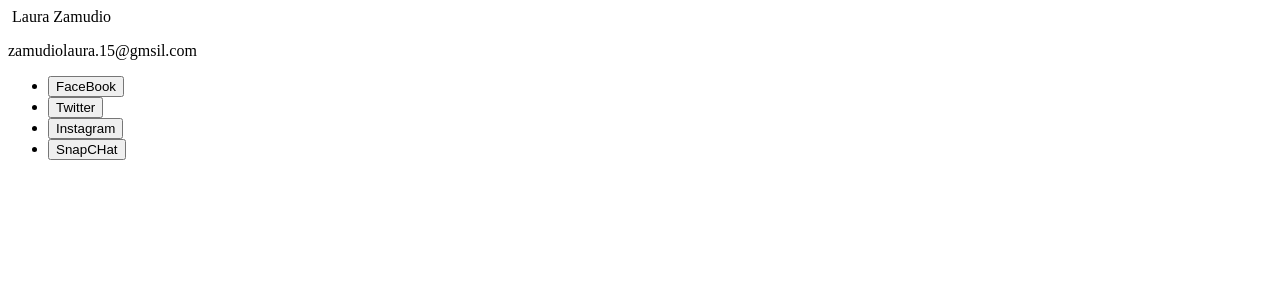
Repository: ZamlZam/LINK.
Page: index.html
These files come from the project's save history. The page is drawn as it stood at one moment and after a run of saves; the edit follows.
The browser window is 1280 px wide. The pictures show the whole page.

Above is the page before, as saved 2023-04-16 15:39:17.

### index.html
<!DOCTYPE html>
<html lang="en">
<head>
  <meta charset="UTF-8">
  <meta http-equiv="X-UA-Compatible" content="IE=edge">
  <meta name="viewport" content="width=device-width, initial-scale=1.0">
  <title>Link in bio</title>
  <link rel="stylesheet" href=""
</head>
<body>
  <img scr="https://1drv.ms/i/s!AlXy_YB1eS9B1Fmg78Lf7Jf24p3m?e=THx7N0"/>
  <hi> Laura Zamudio</hi>
  <p>zamudiolaura.15@gmsil.com</p>
  <ul class="links">
 <div class="d-grid gap-2 col-6 mx-auto">
  <li><button class="btn btn-primary" type="button">FaceBook</button></li>
 <li> <button class="btn btn-primary" type="button">Twitter</button></li>
  <li><button class="btn btn-primary" type="button">Instagram</button></li>
  <li><button class="btn btn-primary" type="button">SnapCHat</button></li>
</div>
</ul>
</div>
</body>
</html>

### main.css
body {
  background-color: darkcyan;
}

h1{
  color: aliceblue;
  text-align: center;
}

After the next 2 saves:
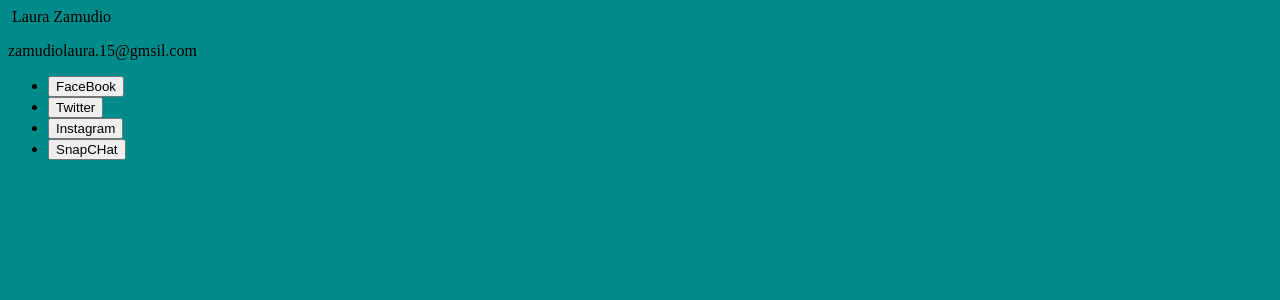
The 2 saves are shown as one change because they came seconds apart.
The last was saved 8 s later.
--- a/index.html
+++ b/index.html
@@ -5,7 +5,7 @@
   <meta http-equiv="X-UA-Compatible" content="IE=edge">
   <meta name="viewport" content="width=device-width, initial-scale=1.0">
   <title>Link in bio</title>
-  <link rel="stylesheet" href=""
+  <link rel="stylesheet" href="main.css">
 </head>
 <body>
   <img scr="https://1drv.ms/i/s!AlXy_YB1eS9B1Fmg78Lf7Jf24p3m?e=THx7N0"/>
